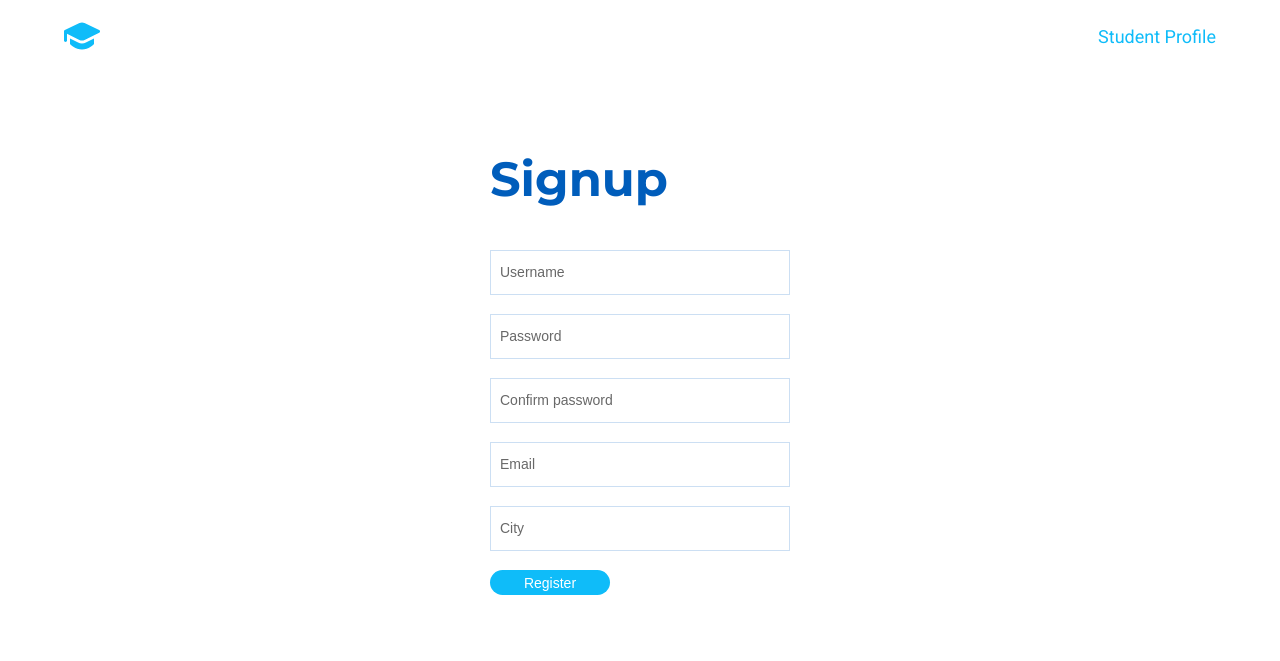
Repository: Mighil31/student_profile
Page: http://localhost/student_profile/jsp/signup.jsp
The author's editor kept a copy of each file at every save. The page is drawn from the files as they stood at one save, then again after the next save.
The browser window is 1280 px wide. The pictures show the whole page.
The page is served by Tomcat 9.

Above is the page before, as saved 2021-11-25 15:33:44.

After the next save:
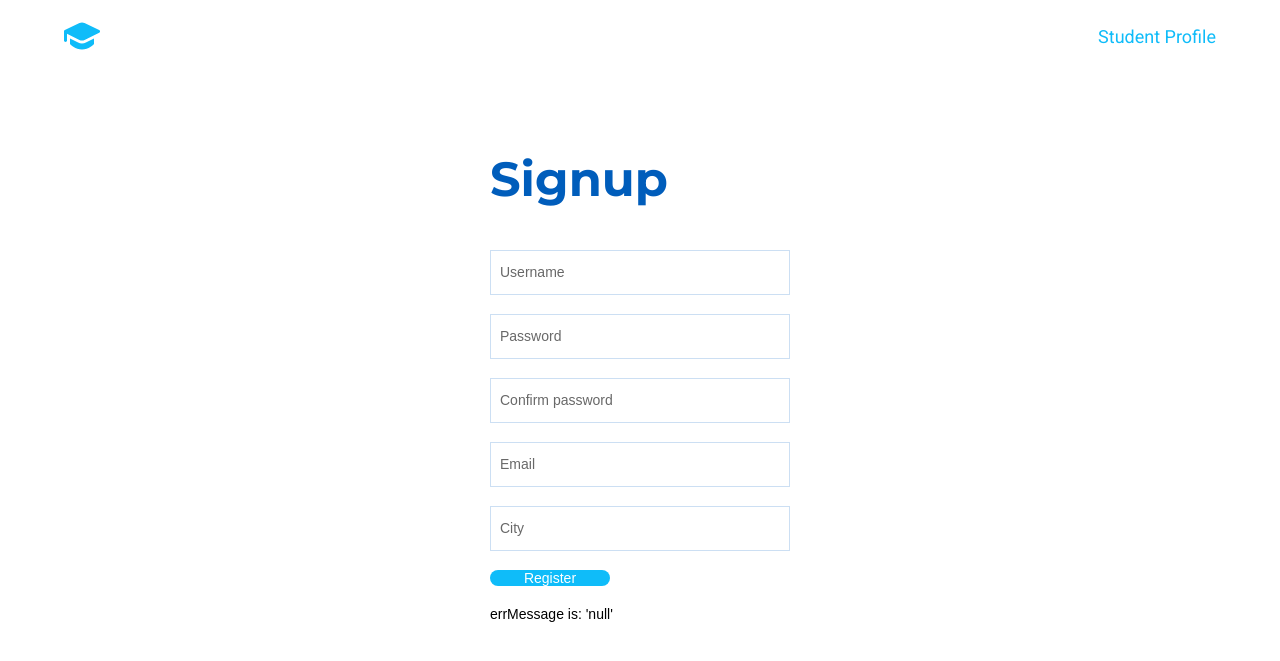
Saved 108 min 34 s later.
--- a/student_profile/src/main/webapp/jsp/signup.jsp
+++ b/student_profile/src/main/webapp/jsp/signup.jsp
@@ -47,6 +47,10 @@
             <button type="submit">
                 Register
             </button>
+            <p>errMessage is: '<%= request.getAttribute("errMessage") %>'</p>
+			<c:if test="${not empty errMessage}">
+			    <script>alert("${errMessage}");</script>
+			</c:if>
         </form>
     </div>
 

After the save that followed:
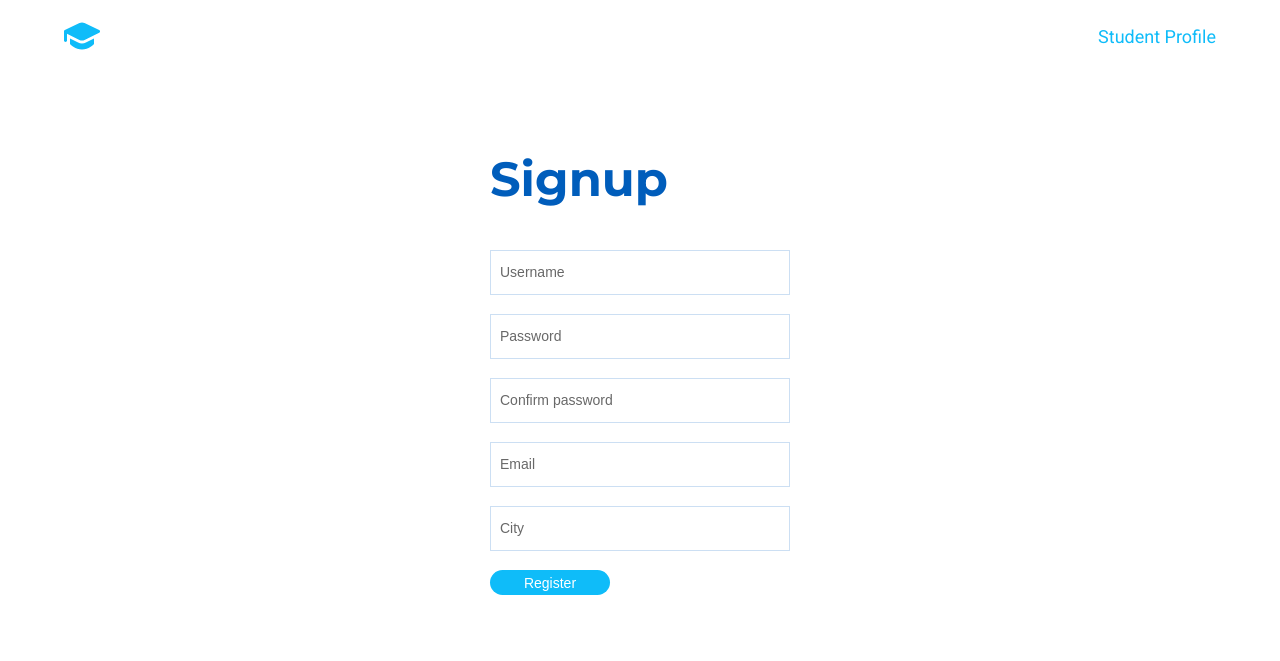
Saved 4 s later.
--- a/student_profile/src/main/webapp/jsp/signup.jsp
+++ b/student_profile/src/main/webapp/jsp/signup.jsp
@@ -47,10 +47,7 @@
             <button type="submit">
                 Register
             </button>
-            <p>errMessage is: '<%= request.getAttribute("errMessage") %>'</p>
-			<c:if test="${not empty errMessage}">
-			    <script>alert("${errMessage}");</script>
-			</c:if>
+
         </form>
     </div>
 
